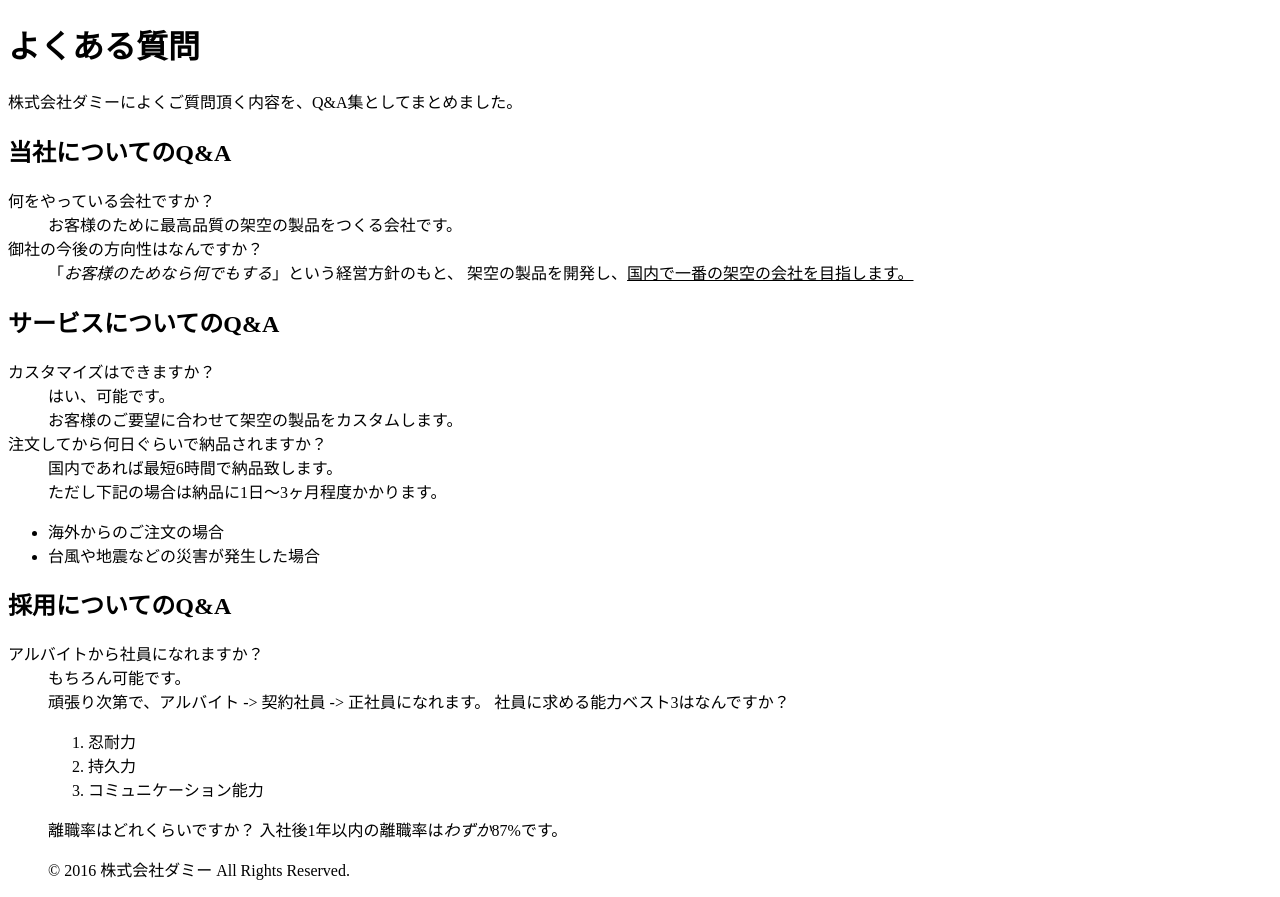
Repository: winc1980/practice-hp2022-wednesday
Page: ruka/practice1.html
An editor plug-in stored every save of this project. The page is shown before and after a run of saves, followed by the edit.
The browser window is 1280 px wide. The pictures show the whole page.

Above is the page before, as saved 2022-05-26 00:46:35.

After the next 3 saves:
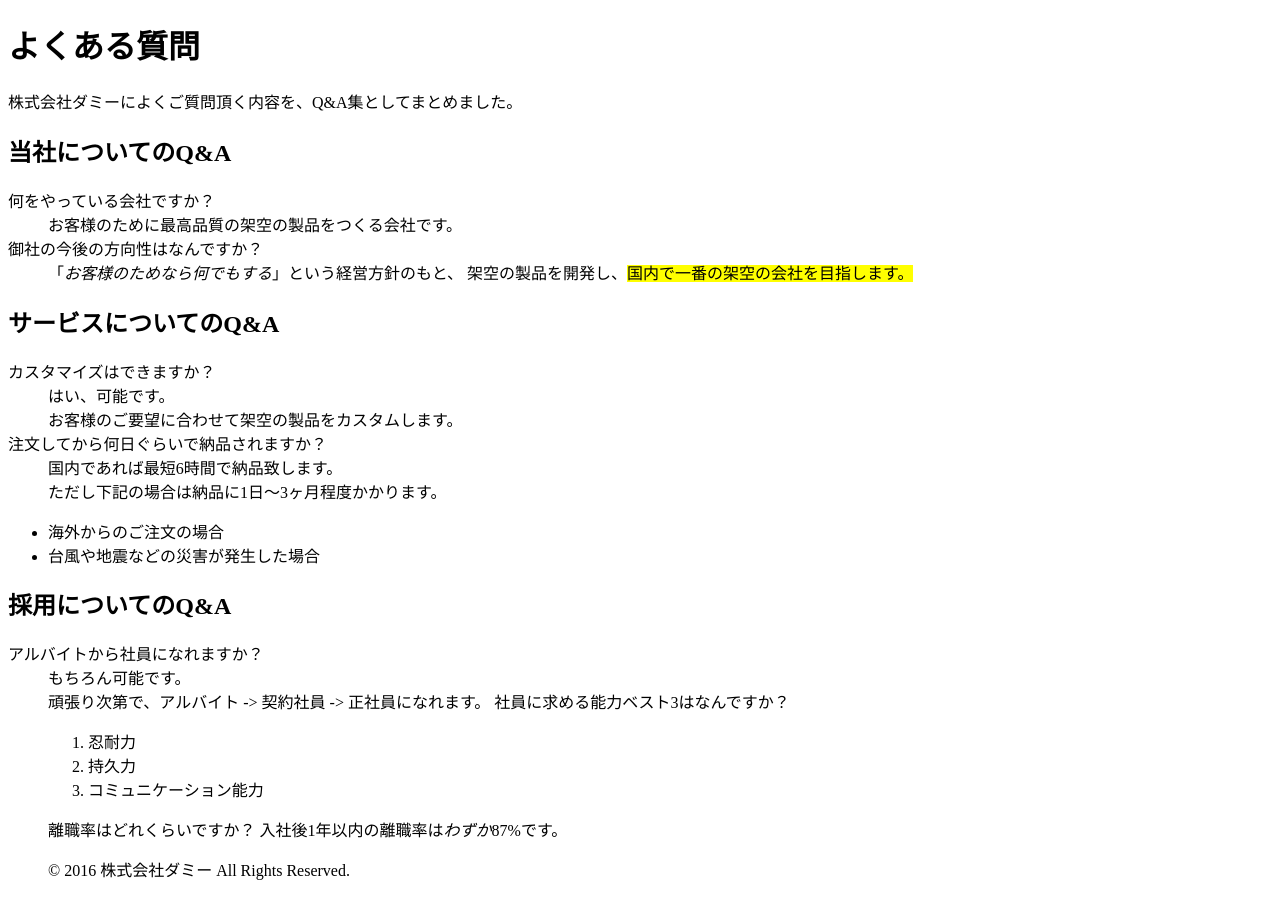
The 3 saves are shown as one change because they came seconds apart.
The last was saved 10 s later.
--- a/ruka/practice1.html
+++ b/ruka/practice1.html
@@ -24,7 +24,7 @@
 御社の今後の方向性はなんですか？
 <dd>
 「<cite>お客様のためなら何でもする</cite>」という経営方針のもと、
-架空の製品を開発し、<ins>国内で一番の架空の会社を目指します。</ins>
+架空の製品を開発し、<mark>国内で一番の架空の会社を目指します。</mark>
 </dd>
 
 
